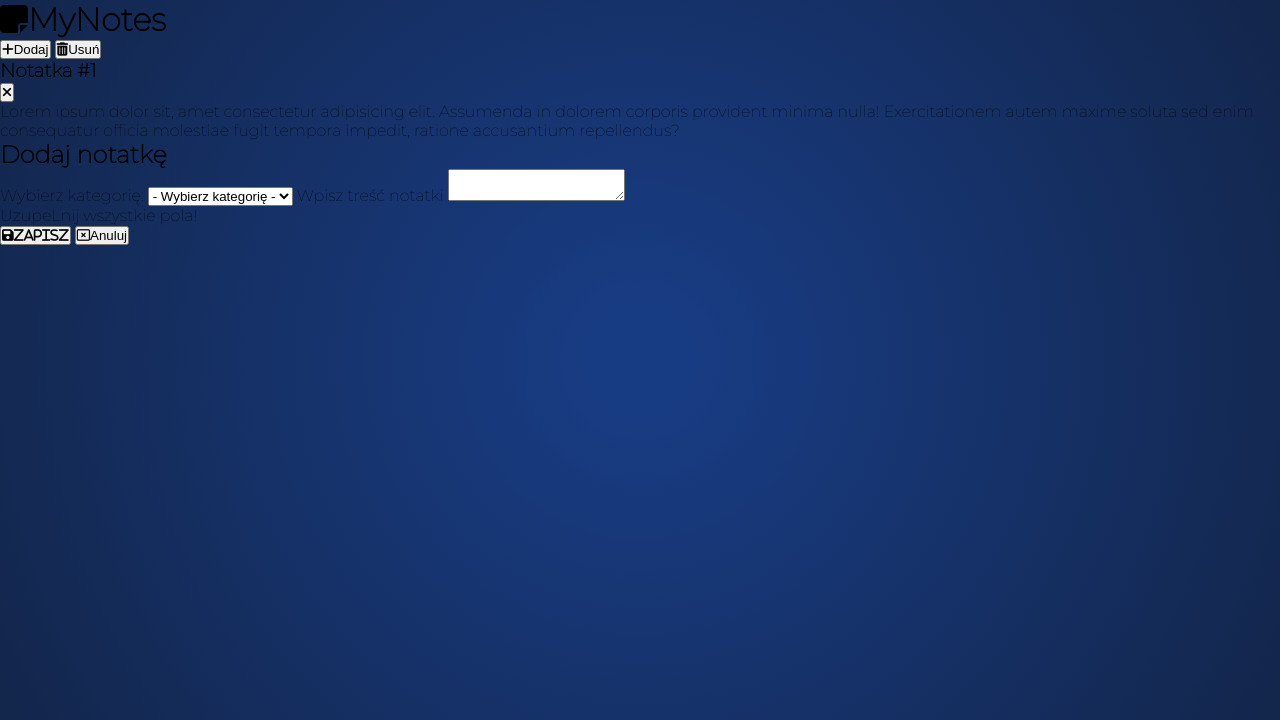
Repository: KrzysKolo/Projekt-7_Notes
Page: js/index.html
An editor plug-in stored every save of this project. The page is shown before and after the next save, followed by the edit.
The browser window is 1280 px wide. The pictures show the whole page.
Some web libraries are served in a nearby version.

Above is the page before, as saved 2020-07-07 13:35:10.
Console error: SyntaxError: Unexpected token '<'

After the next save:
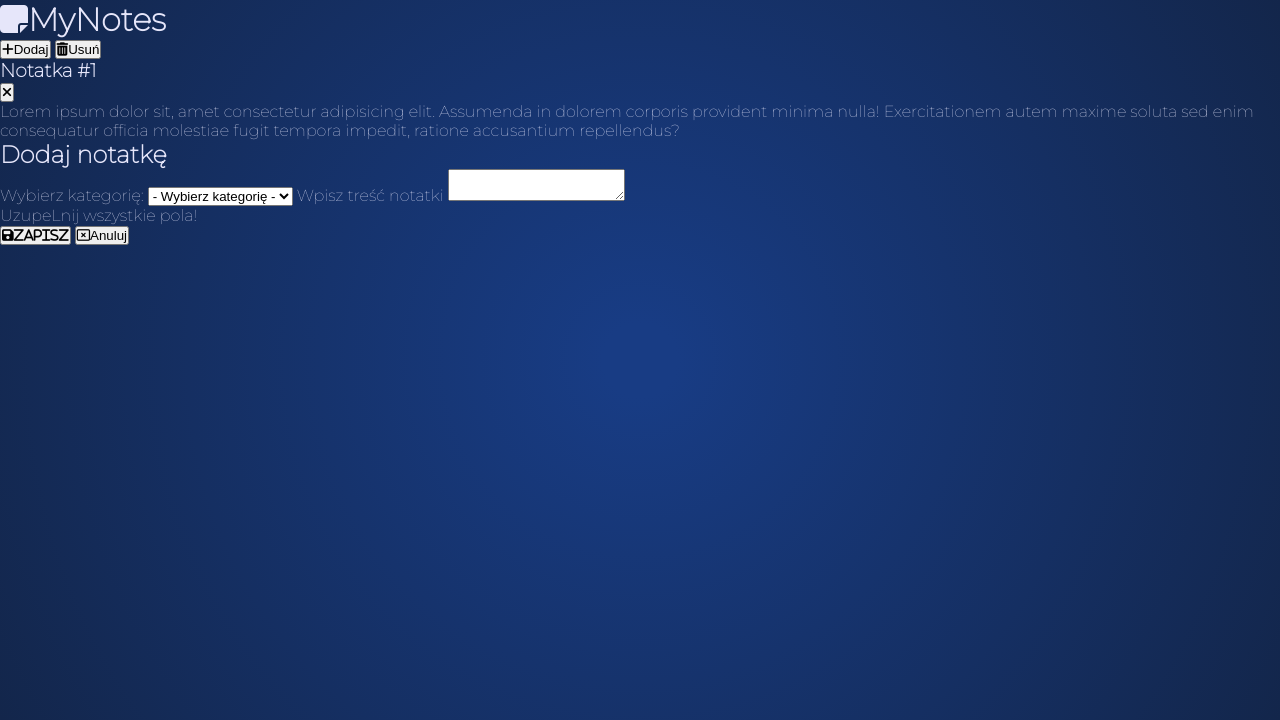
Saved 99 s later.
--- a/css/style.css
+++ b/css/style.css
@@ -11,4 +11,5 @@ body {
     rgba(24, 60, 132, 1) 5%,
     rgba(19, 38, 75, 1) 100%
   );
+  color: lavender;
 }
